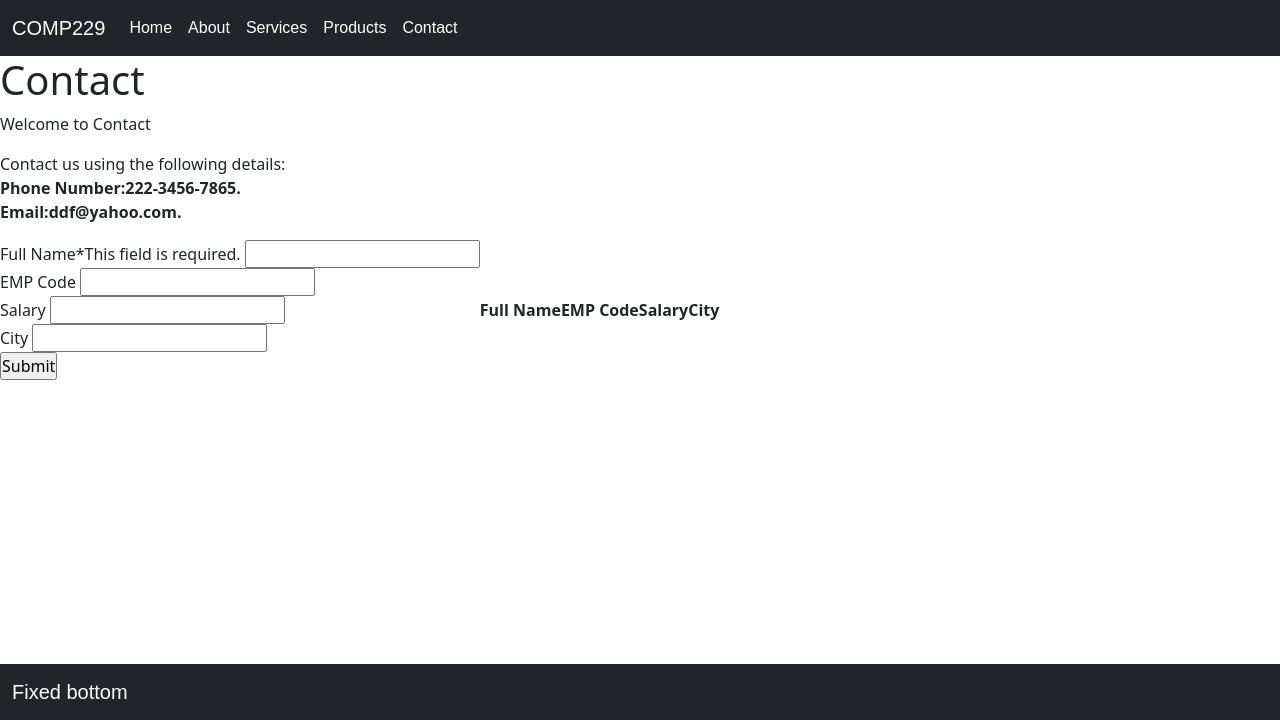
Repository: BlessingAjiboye/WEEJ4JULIO
Page: http://localhost/contact
These files come from the project's save history. The page is drawn as it stood at one moment and after the next save; the edit follows.
The browser window is 1280 px wide. The pictures show the whole page.
Some web fonts or font styles are not loaded; a fallback is used. The page is served by the project's Node server (server.js).

Above is the page before, as saved 2022-09-27 17:51:09.

After the next save:
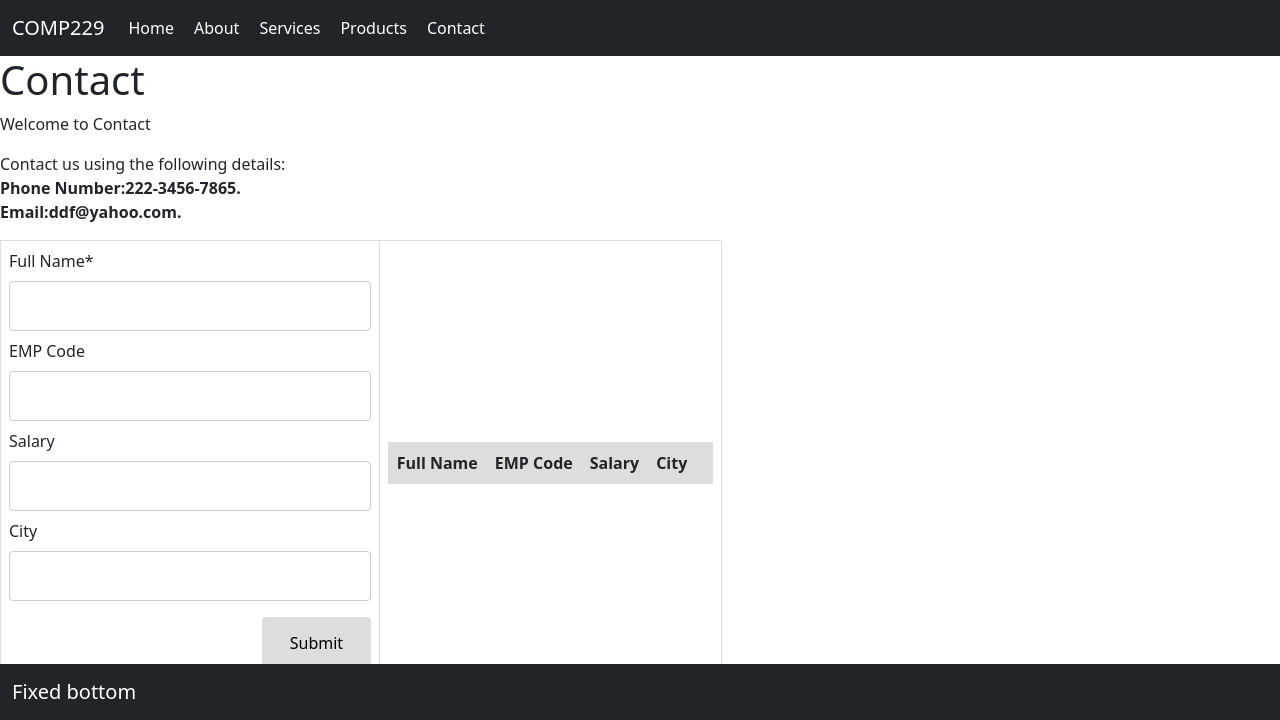
Saved 59 s later.
--- a/views/Contact.ejs
+++ b/views/Contact.ejs
@@ -1,46 +1,66 @@
 <%-include partials/header.ejs%>
 <%-include partials/main_nav.ejs%>
   <style>
-@import url('https://fonts.googleapis.com/css2?family=Barlow&family=PT+Sans&display=swap');
-
-:root{
-    --dark: #2b2d42;
-    --light: #adb5bd;
-    --border: #dee2e6;
-    --border-btn: #edf2f4;
+body > table{
+    width: 80%;
 }
 
-* {
-    padding: 0;
-    margin: 0;
+table{
+    border-collapse: collapse;
+}
+table.list{
+    width:100%;
+}
+
+td, th {
+    border: 1px solid #dddddd;
+    text-align: left;
+    padding: 8px;
+}
+tr:nth-child(even),table.list thead>tr {
+    background-color: #dddddd;
+}
+
+input[type=text], input[type=number] {
+    width: 100%;
+    padding: 12px 20px;
+    margin: 8px 0;
+    display: inline-block;
+    border: 1px solid #ccc;
+    border-radius: 4px;
     box-sizing: border-box;
 }
 
-a {
-    text-decoration: none;
-    font-family: 'PT Sans', sans-serif;
+input[type=submit]{
+    width: 30%;
+    background-color: #ddd;
+    color: #000;
+    padding: 14px 20px;
+    margin: 8px 0;
+    border: none;
+    border-radius: 4px;
+    cursor: pointer;
 }
 
-.container{
-    max-width: 1024px;
-    margin: auto;
+form div.form-action-buttons{
+    text-align: right;
 }
 
-.nav-brand{
-    font-size: 1.5em;
-    font-weight: bold;
+a{
+    cursor: pointer;
+    text-decoration: underline;
+    color: #0000ee;
+    margin-right: 4px;
 }
 
-.d-flex{
-    display: flex;
-    flex-wrap: wrap;
+label.validation-error{
+    color:   red;
+    margin-left: 5px;
 }
 
-.justify-between{
-    justify-content: space-between;
+.hide{
+    display:none;
 }
-
-.text-center{
 
    </style>
 
